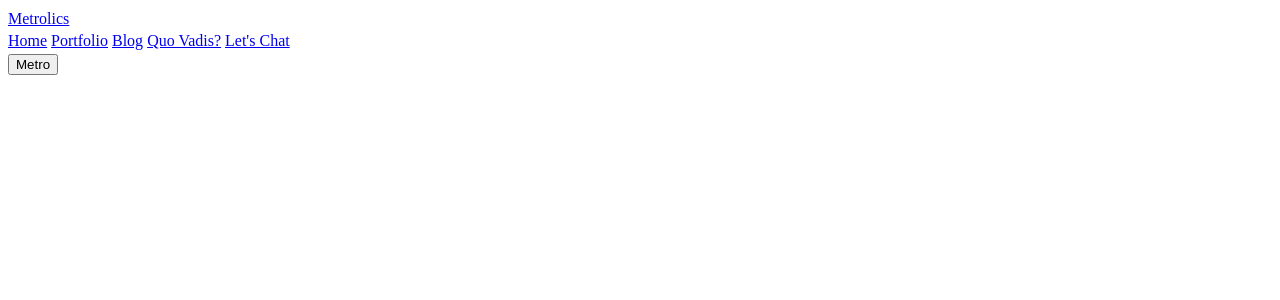
Repository: Angehyy/wk02_site
Page: index.html
An editor plug-in stored every save of this project. The page is shown before and after the next save, followed by the edit.
The browser window is 1280 px wide. The pictures show the whole page.

Above is the page before, as saved 2025-01-19 19:13:07.

### index.html
<!doctype html>
<html class="no-js" lang="">

<head>
  <meta charset="utf-8">
  <meta name="viewport" content="width=device-width, initial-scale=1">
  <title>Metrolics</title>
  <link rel="stylesheet" href="css/style.css">
  <meta name="description" content="Learn about Metrolics">

  <meta property="og:title" content="">
  <meta property="og:type" content="">
  <meta property="og:url" content="">
  <meta property="og:image" content="">
  <meta property="og:image:alt" content="">

  <link rel="icon" href="/favicon.ico" sizes="any">
  <link rel="icon" href="/icon.svg" type="image/svg+xml">
  <link rel="apple-touch-icon" href="icon.png">

  <link rel="manifest" href="site.webmanifest">
  <meta name="theme-color" content="#fafafa">
</head>

<body>
  <header>
    <div>
      <a href="#default">Metrolics</a>
      <div>
        <a href="#home">Home</a>
        <a href="#portfolio">Portfolio</a>
        <a href="#blog">Blog</a>
        <a href="#quovadis">Quo Vadis?</a>
        <a href="chat">Let's Chat</a>
      </div>
    </div>
  </header>

  <main>
    <div>
      <button>Metro </Style></button>
    </div>
  </main>

  <script src="js/app.js"></script>

</body>

</html>

### css/style.css
/*! HTML5 Boilerplate v9.0.1 | MIT License | https://html5boilerplate.com/ */

/* main.css 3.0.0 | MIT License | https://github.com/h5bp/main.css#readme */
/*
 * What follows is the result of much research on cross-browser styling.
 * Credit left inline and big thanks to Nicolas Gallagher, Jonathan Neal,
 * Kroc Camen, and the H5BP dev community and team.
 */

/* ==========================================================================
   Base styles: opinionated defaults
   ========================================================================== */

html {
  color: #222;
  font-size: 1em;
  line-height: 1.4;
}

/*
 * Remove text-shadow in selection highlight:
 * https://twitter.com/miketaylr/status/12228805301
 *
 * Customize the background color to match your design.
 */

::-moz-selection {
  background: #b3d4fc;
  text-shadow: none;
}

::selection {
  background: #b3d4fc;
  text-shadow: none;
}

/*
 * A better looking default horizontal rule
 */

hr {
  display: block;
  height: 1px;
  border: 0;
  border-top: 1px solid #ccc;
  margin: 1em 0;
  padding: 0;
}

/*
 * Remove the gap between audio, canvas, iframes,
 * images, videos and the bottom of their containers:
 * https://github.com/h5bp/html5-boilerplate/issues/440
 */

audio,
canvas,
iframe,
img,
svg,
video {
  vertical-align: middle;
}

/*
 * Remove default fieldset styles.
 */

fieldset {
  border: 0;
  margin: 0;
  padding: 0;
}

/*
 * Allow only vertical resizing of textareas.
 */

textarea {
  resize: vertical;
}

/* ==========================================================================
   Author's custom styles
   ========================================================================== */

/* ==========================================================================
   Helper classes
   ========================================================================== */

/*
 * Hide visually and from screen readers
 */

.hidden,
[hidden] {
  display: none !important;
}

/*
 * Hide only visually, but have it available for screen readers:
 * https://snook.ca/archives/html_and_css/hiding-content-for-accessibility
 *
 * 1. For long content, line feeds are not interpreted as spaces and small width
 *    causes content to wrap 1 word per line:
 *    https://medium.com/@jessebeach/beware-smushed-off-screen-accessible-text-5952a4c2cbfe
 */

.visually-hidden {
  border: 0;
  clip: rect(0, 0, 0, 0);
  height: 1px;
  margin: -1px;
  overflow: hidden;
  padding: 0;
  position: absolute;
  white-space: nowrap;
  width: 1px;
  /* 1 */
}

/*
 * Extends the .visually-hidden class to allow the element
 * to be focusable when navigated to via the keyboard:
 * https://www.drupal.org/node/897638
 */

.visually-hidden.focusable:active,
.visually-hidden.focusable:focus {
  clip: auto;
  height: auto;
  margin: 0;
  overflow: visible;
  position: static;
  white-space: inherit;
  width: auto;
}

/*
 * Hide visually and from screen readers, but maintain layout
 */

.invisible {
  visibility: hidden;
}

/*
 * Clearfix: contain floats
 *
 * The use of `table` rather than `block` is only necessary if using
 * `::before` to contain the top-margins of child elements.
 */

.clearfix::before,
.clearfix::after {
  content: "";
  display: table;
}

.clearfix::after {
  clear: both;
}

/* ==========================================================================
   EXAMPLE Media Queries for Responsive Design.
   These examples override the primary ('mobile first') styles.
   Modify as content requires.
   ========================================================================== */

@media only screen and (min-width: 35em) {
  /* Style adjustments for viewports that meet the condition */
}

@media print,
  (-webkit-min-device-pixel-ratio: 1.25),
  (min-resolution: 1.25dppx),
  (min-resolution: 120dpi) {
  /* Style adjustments for high resolution devices */
}

/* ==========================================================================
   Print styles.
   Inlined to avoid the additional HTTP request:
   https://www.phpied.com/delay-loading-your-print-css/
   ========================================================================== */

@media print {
  *,
  *::before,
  *::after {
    background: #fff !important;
    color: #000 !important;
    /* Black prints faster */
    box-shadow: none !important;
    text-shadow: none !important;
  }

  a,
  a:visited {
    text-decoration: underline;
  }

  a[href]::after {
    content: " (" attr(href) ")";
  }

  abbr[title]::after {
    content: " (" attr(title) ")";
  }

  /*
   * Don't show links that are fragment identifiers,
   * or use the `javascript:` pseudo protocol
   */
  a[href^="#"]::after,
  a[href^="javascript:"]::after {
    content: "";
  }

  pre {
    white-space: pre-wrap !important;
  }

  pre,
  blockquote {
    border: 1px solid #999;
    page-break-inside: avoid;
  }

  tr,
  img {
    page-break-inside: avoid;
  }

  p,
  h2,
  h3 {
    orphans: 3;
    widows: 3;
  }

  h2,
  h3 {
    page-break-after: avoid;
  }
}

Loaded but not shown: js/app.js (no stored copy; drawn as an empty file)

After the next save:
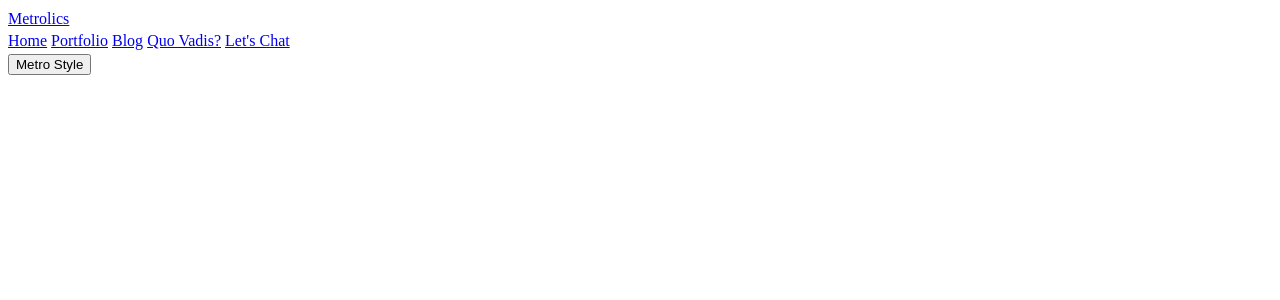
Saved 6 s later.
--- a/index.html
+++ b/index.html
@@ -38,7 +38,7 @@
 
   <main>
     <div>
-      <button>Metro </Style></button>
+      <button>Metro Style</button>
     </div>
   </main>
 
